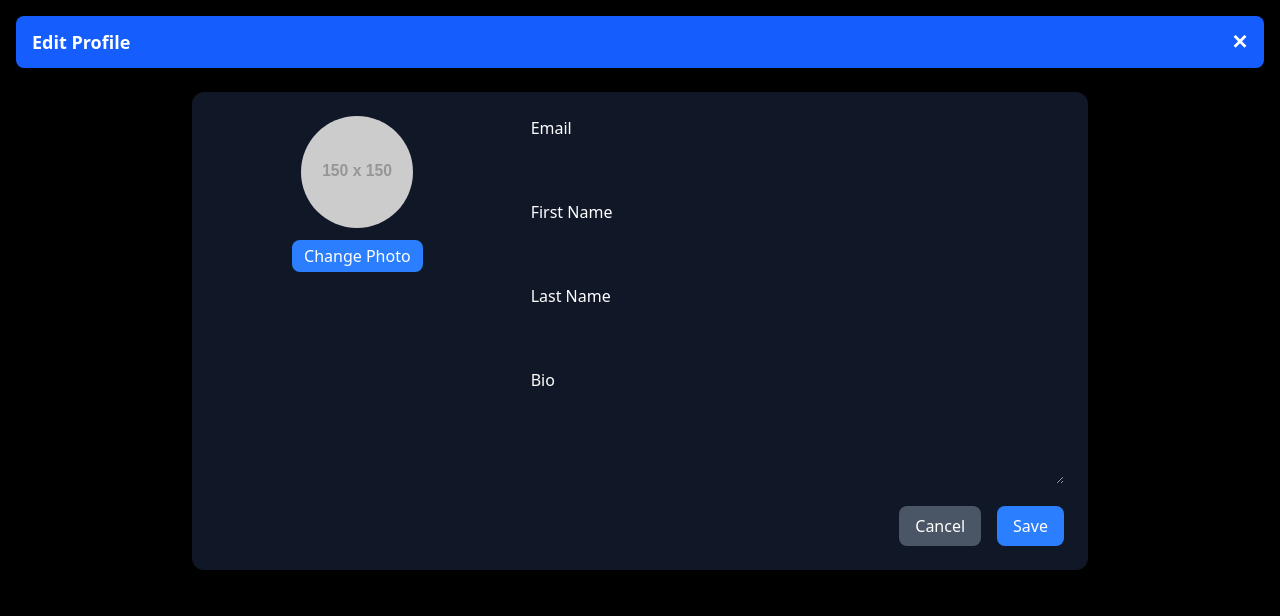
Repository: Tushal27/LinkdPlus-Frontend
Page: /Edit-Profile
An editor plug-in stored every save of this project. The page is shown before and after the next save, followed by the edit.
The browser window is 1280 px wide. The pictures show the whole page.
The page's requests for data from a server got no answer. The project was rebuilt for these pictures with package versions that can differ from the ones it lists, and the page was loaded fresh each time. No one was signed in, and anything a server would have sent is missing. Also part of the build but not shown: vite.config.js, src/pages/Login.jsx, src/pages/Register.jsx, src/pages/HomePage.jsx, src/pages/Profile.jsx, src/components/CommentsDrawer.jsx, src/pages/Posts.jsx. Imported but missing from the stored project, and not drawn on this page: src/components/PostCard, src/pages/Layout.

Above is the page before, as saved 2025-08-04 01:26:00.

### src/main.jsx
import { createRoot } from 'react-dom/client'
import AuthProvider from './context/AuthContext.jsx'
import { BrowserRouter } from'react-router-dom'
import './index.css'
import App from './App.jsx'

createRoot(document.getElementById('root')).render(
    <BrowserRouter>
      <AuthProvider>
        <App />
      </AuthProvider>
    </BrowserRouter>
)

### src/context/AuthContext.jsx
import { useState } from "react";
import { AuthContext } from "./authcontext";
import axios from '../api/axios';

export default function AuthProvider({ children }) {
    const [user , setUser] = useState(null);

    const Login = async (email, password) => {
        try{
            const res = await axios.post('/login/', { email, password });
            if (res.data?.access) {
                localStorage.setItem('access', res.data.access);
                localStorage.setItem('refresh', res.data.refresh);
                setUser({email});
                return true;
            }
            else {
                return false;
            }
        } catch (err) {
            console.log(err);
        }
};

   const Register = async (email, password , re_password , first_name, last_name) => {
       try{
           await axios.post('/register/', { email, password , re_password , first_name , last_name });
           return 'success';
       }
       catch (error)
        {
           return error;
       }
   }

   const Logout = () => {
       localStorage.removeItem('access');
       localStorage.removeItem('refresh');
       setUser(null);
   }
   return (
       <AuthContext.Provider value={{user, Login, Register, Logout }}>
           {children}
       </AuthContext.Provider>
   );
}

### src/index.css
@import  "tailwindcss";

.bg-gradient{
   @apply bg-gradient-to-r from-blue-500 via-purple-500 to-pink-500;
}
.input-box{
    @apply w-full p-2 border mb-3 rounded;
}
.flex-center{
    @apply flex justify-center items-center;
}
.button-main{
    @apply text-white rounded-md ring text-2xl px-2 mx-2 focus:ring-blue-500;
}
.h1-main{
    @apply text-2xl sm:text-4xl  md:text-5xl lg:text-7xl
}

### src/App.jsx
import { Routes,Route } from "react-router-dom";
import Login from "./pages/Login";
import Register from "./pages/Register";
import HomePage from "./pages/HomePage";
import Profile from "./pages/Profile";
import Posts from "./pages/Posts";
import EditProfile from "./pages/EditProfile";
export default function App() {
  return (
      <Routes>
        <Route path="/" element={ <HomePage />}/>
        <Route path="/login" element={<Login/>} />
        <Route path="/Register" element={<Register/>} />
        <Route path="/Posts" element={<Posts/>} />
        <Route path="/Profile" element={<Profile/>} />
        <Route path="/Edit-Profile" element={<EditProfile/>} />

      </Routes>
  );
}

### src/context/authcontext.js
import { createContext } from "react";
export const AuthContext = createContext();

export default AuthContext;

### src/api/axios.js
import axios from "axios";

const api = axios.create({
    baseURL: 'http://127.0.0.1:8000/api',
});

axios.interceptors.response.use(
    (config) =>{
        const token = localStorage.getItem('token');
        if (token) {
            config.headers.Authorization = `Bearer ${token}`;
        }
        return config;
    });

export default api;

### src/pages/EditProfile.jsx
import React, { useEffect, useState } from "react";
import api from "../api/axios";
import { useNavigate } from "react-router-dom";

const EditProfile = () => {
  const navigate = useNavigate();
  const [form, setForm] = useState({
    first_name: "",
    last_name: "",
    bio: "",
    email: "",
  });
  const [avatar, setAvatar] = useState(null);
  const [currentAvatar, setCurrentAvatar] = useState(null);
  const [loading, setLoading] = useState(false);

  useEffect(() => {
    const fetchProfile = async () => {
      try {
        const res = await api.get("/profile/");
        setForm({
          first_name: res.data.first_name || "",
          last_name: res.data.last_name || "",
          bio: res.data.bio || "",
          email: res.data.email || "",
        });
        setCurrentAvatar(res.data.avatar);
      } catch (err) {
        console.error("Error fetching profile:", err);
      }
    };
    fetchProfile();
  }, []);

  const handleChange = (e) => {
    setForm({ ...form, [e.target.name]: e.target.value });
  };

  const handleAvatarChange = (e) => {
    setAvatar(e.target.files[0]);
  };

  const handleSave = async () => {
    setLoading(true);
    const formData = new FormData();
    formData.append("first_name", form.first_name);
    formData.append("last_name", form.last_name);
    formData.append("bio", form.bio);
    formData.append("email", form.email);
    if (avatar) formData.append("avatar", avatar);

    try {
      const res = await api.patch("/profile/", formData, {
        headers: { "Content-Type": "multipart/form-data" },
      });

      if (res.status === 200) {
        navigate("/profile"); // ✅ Redirect only on success
      }
    } catch (err) {
      console.error("Profile update failed:", err);
      alert("Failed to update profile. Please try again.");
    } finally {
      setLoading(false);
    }
  };

  return (
    <div className="min-h-screen bg-black text-white p-4">
      {/* Navbar */}
      <div className="flex justify-between items-center bg-blue-600 px-4 py-3 rounded-lg mb-6">
        <h2 className="text-lg font-bold">Edit Profile</h2>
        <button
          onClick={() => navigate("/profile")}
          className="text-xl font-bold"
        >
          ✕
        </button>
      </div>

      <div className="max-w-4xl mx-auto bg-gray-900 p-6 rounded-xl shadow-lg flex flex-col md:flex-row gap-8">
        {/* Avatar Section */}
        <div className="flex flex-col items-center md:w-1/3">
          <img
            src={
              currentAvatar
                ? `http://127.0.0.1:8000${currentAvatar}`
                : "https://via.placeholder.com/150"
            }
            alt="Avatar"
            className="w-28 h-28 rounded-full object-cover mb-3"
          />
          <label className="bg-blue-500 px-3 py-1 rounded-lg cursor-pointer">
            Change Photo
            <input
              type="file"
              onChange={handleAvatarChange}
              className="hidden"
            />
          </label>
        </div>

        {/* Form Section */}
        <div className="flex-1 space-y-4">
          <div>
            <label className="block mb-1">Email</label>
            <input
              type="email"
              name="email"
              value={form.email}
              onChange={handleChange}
              className="w-full text-white p-2 rounded-lg"
            />
          </div>
          <div>
            <label className="block mb-1">First Name</label>
            <input
              type="text"
              name="first_name"
              value={form.first_name}
              onChange={handleChange}
              className="w-full  text-white p-2 rounded-lg"
            />
          </div>
          <div>
            <label className="block mb-1">Last Name</label>
            <input
              type="text"
              name="last_name"
              value={form.last_name}
              onChange={handleChange}
              className="w-full text-white p-2 rounded-lg "
            />
          </div>
          <div>
            <label className="block mb-1">Bio</label>
            <textarea
              name="bio"
              value={form.bio}
              onChange={handleChange}
              className="w-full text-white p-2 rounded-lg ring-gray-300"
              rows="3"
            />
          </div>

          {/* Action Buttons */}
          <div className="flex justify-end gap-4 mt-4">
            <button
              onClick={() => navigate("/profile")}
              className="bg-gray-600 px-4 py-2 rounded-lg"
            >
              Cancel
            </button>
            <button
              onClick={handleSave}
              disabled={loading}
              className="bg-blue-500 px-4 py-2 rounded-lg hover:bg-blue-700"
            >
              {loading ? "Saving..." : "Save"}
            </button>
          </div>
        </div>
      </div>
    </div>
  );
};

export default EditProfile;

Loaded but not shown: index.html (common file)

After the next save:
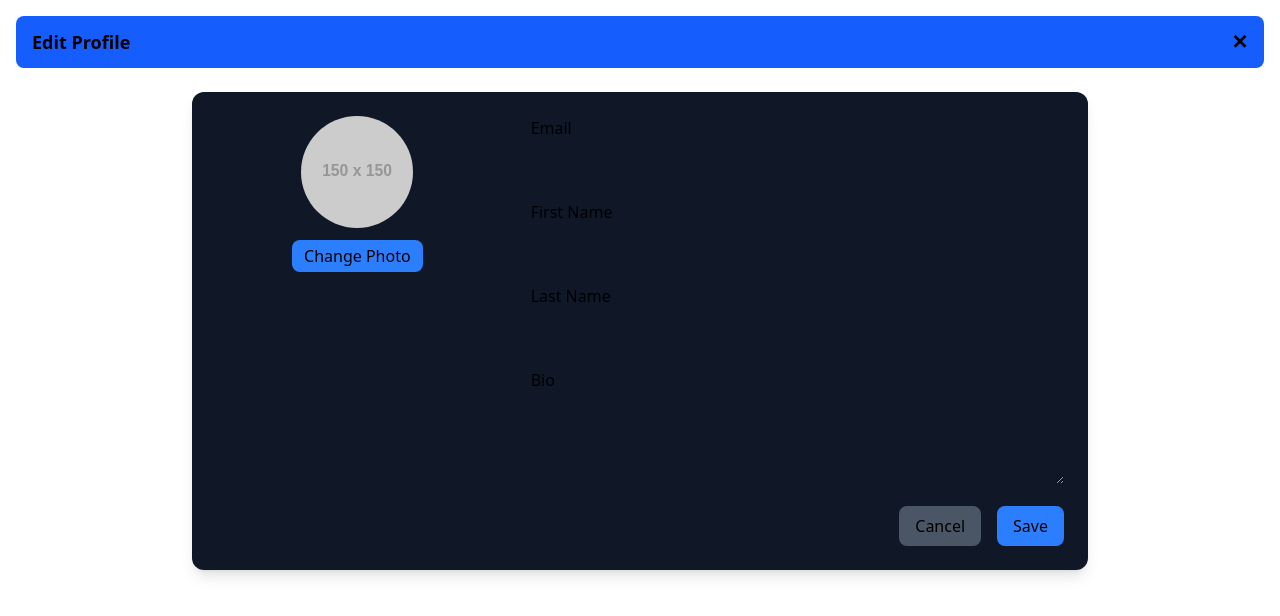
Saved 55 s later.
--- a/src/pages/EditProfile.jsx
+++ b/src/pages/EditProfile.jsx
@@ -66,7 +66,7 @@
   };
 
   return (
-    <div className="min-h-screen bg-black text-white p-4">
+    <div className="min-h-screen  p-4">
       {/* Navbar */}
       <div className="flex justify-between items-center bg-blue-600 px-4 py-3 rounded-lg mb-6">
         <h2 className="text-lg font-bold">Edit Profile</h2>

After the save that followed:
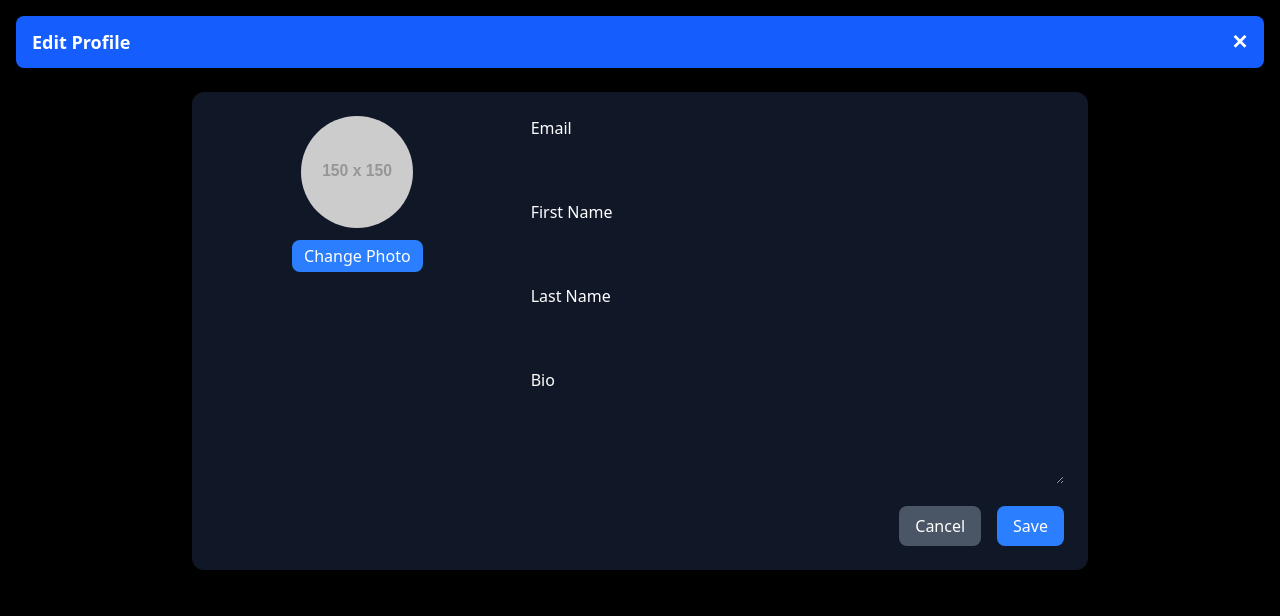
Saved 11 s later.
--- a/src/pages/EditProfile.jsx
+++ b/src/pages/EditProfile.jsx
@@ -66,7 +66,7 @@
   };
 
   return (
-    <div className="min-h-screen  p-4">
+    <div className="min-h-screen bg-black text-white p-4">
       {/* Navbar */}
       <div className="flex justify-between items-center bg-blue-600 px-4 py-3 rounded-lg mb-6">
         <h2 className="text-lg font-bold">Edit Profile</h2>
@@ -138,7 +138,7 @@
               name="bio"
               value={form.bio}
               onChange={handleChange}
-              className="w-full text-white p-2 rounded-lg ring-gray-300"
+              className="w-full text-white p-2 rounded-lg ring-"
               rows="3"
             />
           </div>
